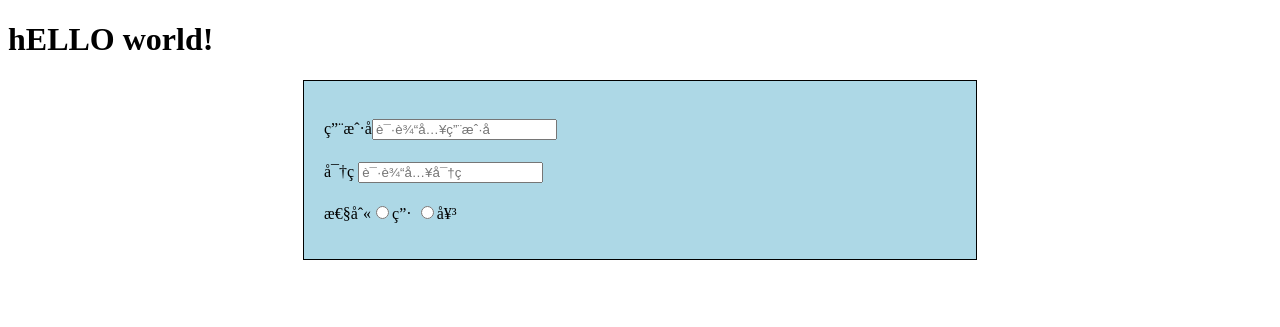
Repository: BlueBubbleWei/java
Page: http://localhost/MyWeb/
The author's editor kept a copy of each file at every save. The page is drawn from the files as they stood at one save, then again after the next save.
The browser window is 1280 px wide. The pictures show the whole page.
The page is served by Tomcat 9. Other server files are loaded and not shown.

Above is the page before, as saved 2017-04-14 01:04:30.

### workspace/MyWeb/WebContent/index.jsp

<%@ page language="java" contentType="text/html; charset=ISO-8859-1"
    pageEncoding="ISO-8859-1"%>
<!DOCTYPE html PUBLIC "-//W3C//DTD HTML 4.01 Transitional//EN" "http://www.w3.org/TR/html4/loose.dtd">
<html>
<head>
<meta http-equiv="Content-Type" content="text/html; charset=ISO-8859-1">
<title>Insert title here</title>
<style>
	.content{
		width:50%;
		height:50%;
		margin:0 auto;
		border:1px solid #000;
		background:lightblue;
		padding:20px;
	}
</style>
</head>
<body>
<h1>hELLO world!</h1>
	<div class="content">
		<form>
		<p><span>用户名</span><input type="text" placeholder="请输入用户名"  /></p>
		<p><span>密码</span><input type="password" placeholder="请输入密码"  /></p>
		<p><span>性别</span><input type="radio"name="sex" value="male"  />男
		<input type="radio"name="sex" value="female"  />女
		</p>
		</form>
	</div>

</body>
</html>

After the next save:
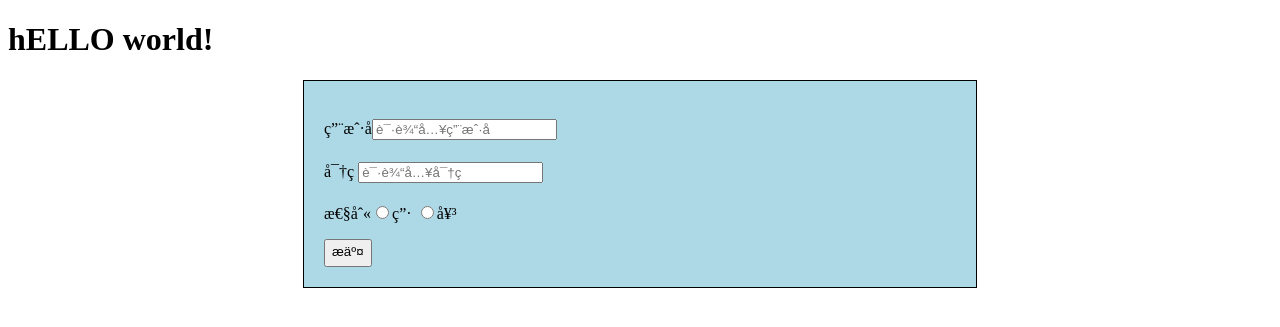
Saved 44 s later.
--- a/workspace/MyWeb/WebContent/index.jsp
+++ b/workspace/MyWeb/WebContent/index.jsp
@@ -26,6 +26,7 @@
 		<p><span>性别</span><input type="radio"name="sex" value="male"  />男
 		<input type="radio"name="sex" value="female"  />女
 		</p>
+		<input type="submit" value="提交" />
 		</form>
 	</div>
 
